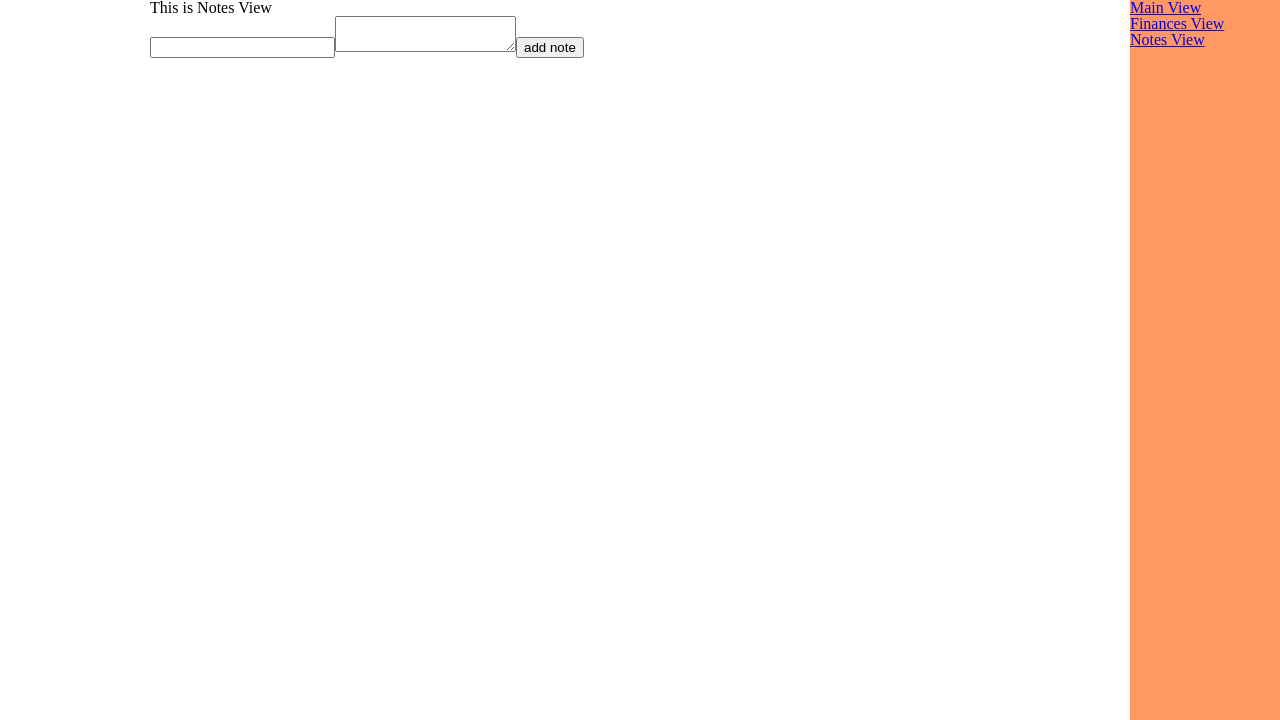
Repository: kryban93/Organiser-App
Page: /notes
An editor plug-in stored every save of this project. The page is shown before and after the next save, followed by the edit.
The browser window is 1280 px wide. The pictures show the whole page.
The project was rebuilt for these pictures with package versions that can differ from the ones it lists, and the page was loaded fresh each time. Also part of the build but not shown: src/index.css, src/Components/MainView/MainView.js, src/Components/FinancesView/FinancesView.module.scss, src/Components/FinancesView/FinancesView.js, src/Components/Note/Note.scss, src/Components/Note/Note.js.

Above is the page before, as saved 2020-10-13 19:09:19.

### src/App.js
import React from 'react';
import { BrowserRouter as Router, Switch, Route } from 'react-router-dom';
import './App.scss';
import MainView from './Components/MainView/MainView';
import Nav from './Components/Nav/Nav';
import FinancesView from './Components/FinancesView/FinancesView';
import NotesView from './Components/NotesView/NotesView';

function App() {
  return (
    <>
      <Router>
        <Nav />
        <main className='main'>
          <Switch>
            <Route exact path='/'>
              <MainView />
            </Route>
            <Route path='/finances'>
              <FinancesView />
            </Route>
            <Route path='/notes'>
              <NotesView />
            </Route>
          </Switch>
        </main>
      </Router>
    </>
  );
}

export default App;

### src/App.scss
@import './reset.scss';

.main {
  margin-left: 150px;
}

### src/Components/Nav/Nav.js
import React from 'react';
import './Nav.scss';
import { NavLink } from 'react-router-dom';

const Nav = () => {
  return (
    <nav className='nav'>
      <div className='nav__menu'>
        <NavLink to='/'>
          <p>Main View</p>
        </NavLink>
        <NavLink to='/finances'>
          <p>Finances View</p>
        </NavLink>
        <NavLink to='/notes'>
          <p>Notes View</p>
        </NavLink>
      </div>
    </nav>
  );
};

export default Nav;

### src/Components/NotesView/NotesView.js
import React, { useState } from 'react';
import './NotesView.scss';
import Note from '../Note/Note';

const NotesView = () => {
  const [notesArray, setNotesArray] = useState([]);
  const [noteTitle, setNoteTitle] = useState('');
  const [noteText, setNoteText] = useState('');

  function handleClick() {
    let notes = notesArray;
    const newNote = { title: noteTitle, text: noteText };

    notes.push(newNote);
    setNotesArray(notes);
  }

  return (
    <div>
      <p>This is Notes View</p>

      <div>
        <input type='text' onChange={(event) => setNoteTitle(event.target.value)} />
        <textarea type='text' onChange={(event) => setNoteText(event.target.value)} />
        <button onClick={handleClick}>add note</button>
      </div>

      <div className='notes__wrapper'>
        {notesArray.map((item) => (
          <Note title={item.title} text={item.text} />
        ))}
      </div>
    </div>
  );
};

export default NotesView;

### src/Components/Nav/Nav.scss
.nav {
  background-color: #ff9961;
  position: absolute;
  top: 0;
  right: 0;
  height: 100%;
  width: 150px;
  display: flex;
}

### src/Components/NotesView/NotesView.scss
.notes__wrapper {
  display: flex;
}

Loaded but not shown: public/index.html (common file); src/index.js (common file); src/serviceWorker.js (common file); src/reset.scss (common file); src/index.css (no copy from this time; the picture is the same without it); src/Components/MainView/MainView.module.scss (no stored copy; drawn as an empty file)

After the next save:
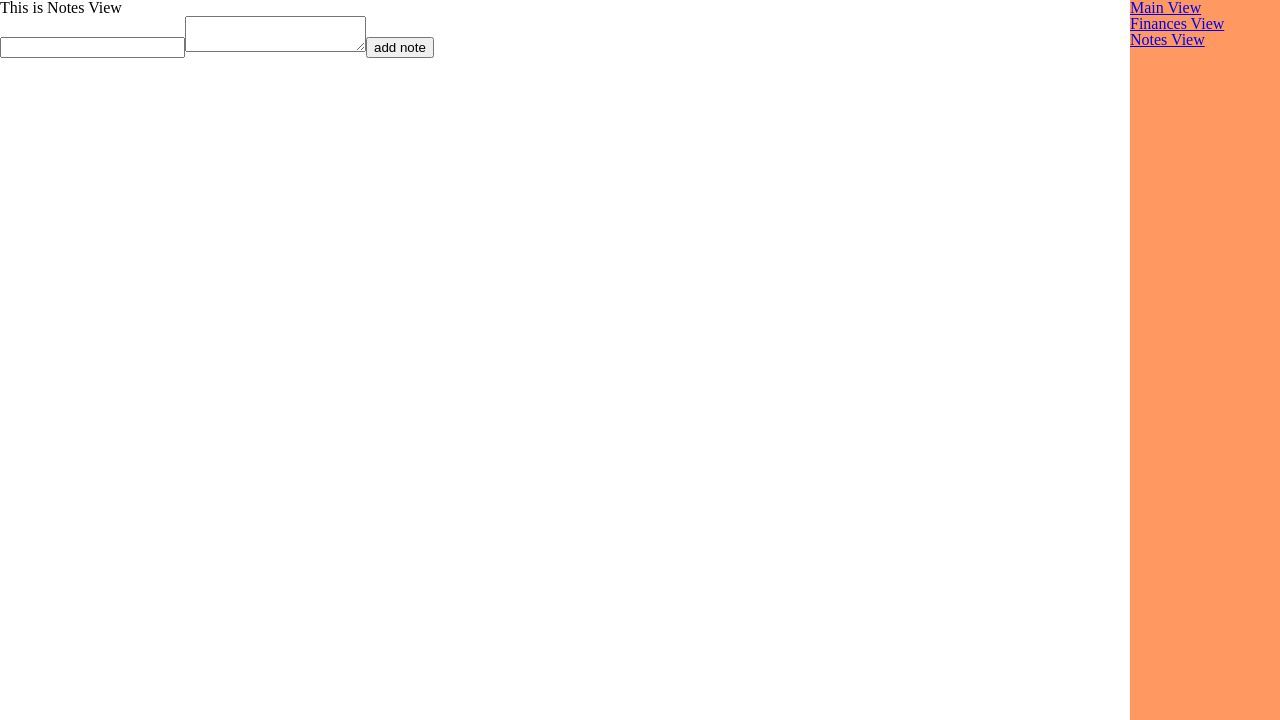
Saved 9 s later.
--- a/src/App.scss
+++ b/src/App.scss
@@ -1,5 +1,5 @@
 @import './reset.scss';
 
 .main {
-  margin-left: 150px;
+  margin-right: 150px;
 }
